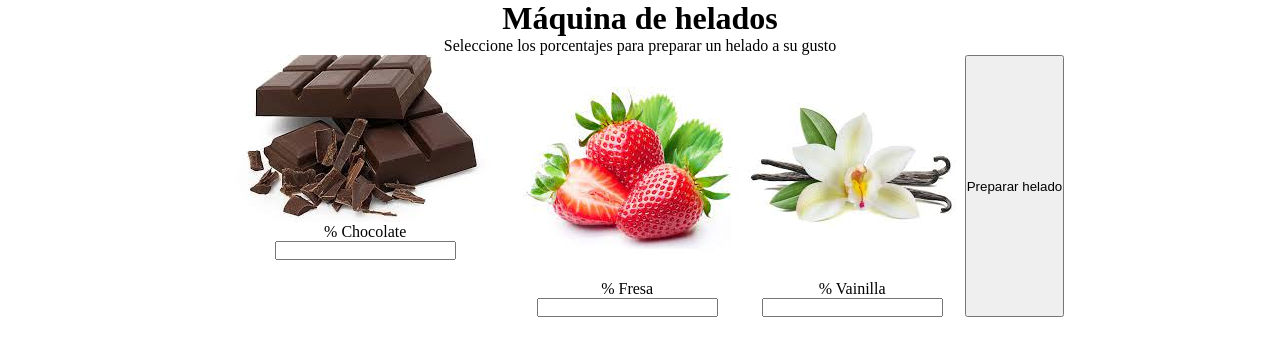
Repository: Ibizus/ejercicios_JSP
Page: http://localhost/ejercicios_Hector/ejercicio10/index.jsp
An editor plug-in stored every save of this project. The page is shown before and after the next save, followed by the edit.
The browser window is 1280 px wide. The pictures show the whole page.
The page is served by Tomcat 9.

Above is the page before, as saved 2023-11-16 11:30:26.

After the next save:
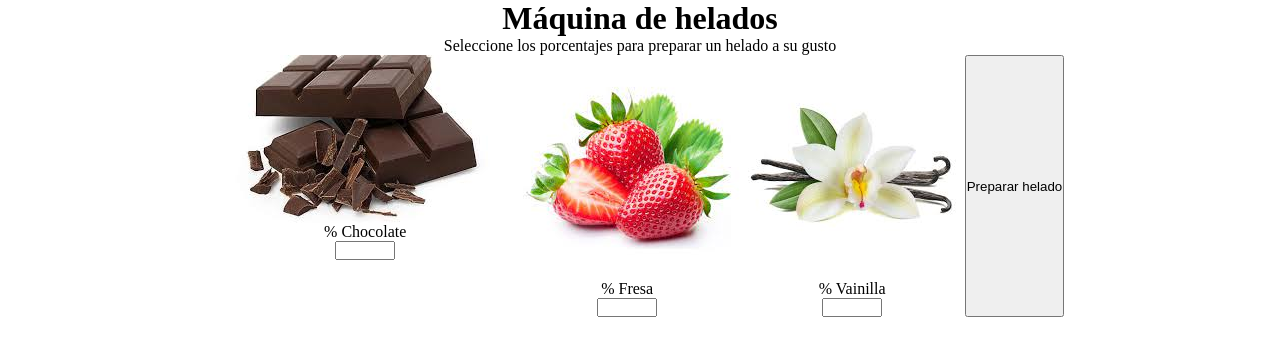
Saved 5 min 56 s later.
--- a/ejercicios_Hector/src/main/webapp/ejercicio10/index.jsp
+++ b/ejercicios_Hector/src/main/webapp/ejercicio10/index.jsp
@@ -15,15 +15,15 @@
 
 		<article>
 			<img alt="Chocolate" src="images/chocolate.jpeg">
-			% Chocolate <input type="text" name="choc">
+			% Chocolate <input type="number" min="0" max="100" step="1" name="choc">
 		</article>
 		<article>
 			<img alt="Fresa" src="images/fresa.jpeg">
-			% Fresa <input type="text" name="fresa">
+			% Fresa <input type="number" min="0" max="100" step="1" name="fresa">
 		</article>
 		<article>
 			<img alt="Vainilla" src="images/vainilla.jpeg">
-			% Vainilla <input type="text" name="vainilla">
+			% Vainilla <input type="number" min="0" max="100" step="1" name="vainilla">
 		</article>
 
 	<input type="submit" value="Preparar helado">
